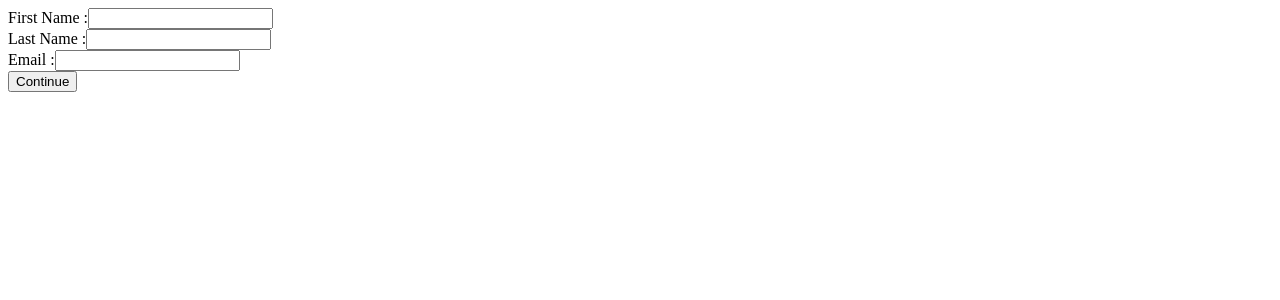
Repository: hemantsaini-7/React_Basics
Page: / (app in MultiStepForm/)
The author's editor kept a copy of each file at every save. The page is drawn from the files as they stood at one save, then again after a run of saves.
The browser window is 1280 px wide. The pictures show the whole page.
The project was rebuilt for these pictures with package versions that can differ from the ones it lists, and the page was loaded fresh each time. Also part of the build but not shown: MultiStepForm/src/components/Confirm.js, MultiStepForm/src/components/Submit.js.

Above is the page before, as saved 2020-11-05 14:35:23.

### MultiStepForm/public/index.html
<!DOCTYPE html>
<html lang="en">
  <head>
    <meta charset="utf-8" />
    <meta name="viewport" content="width=device-width, initial-scale=1" />
    <meta name="theme-color" content="#000000" />
    <meta
      name="description"
      content="Web site created using create-react-app"
    />

    <title>React App</title>
  </head>
  <body>
    <noscript>You need to enable JavaScript to run this app.</noscript>
    <div id="root"></div>

  </body>
</html>

### MultiStepForm/src/App.js
import React from 'react';
import UserForm from './components/UserForm';
import './App.css';

function App() {
  return(
     <UserForm/>
  )
}

export default App;

### MultiStepForm/src/components/UserForm.js
import React from 'react'
import Page1 from './Page1';
import Page2 from './Page2';
import Confirm from './Confirm';
import Submit from './Submit';


function UserForm() {

    const hello = (step) =>{
      step = step + 1;
      }
      return (
        <Page1  hello={hello}/>
      )
    // switch (step){
    //     case 1:
    //        return (<Page1 hello={hello}/>)
    //     case 2:
    //       return (<Page2/>)
    //     case 3:
    //       return (<Confirm/>)
    //     case 4:
    //       return (<Submit/>)

    //   }
}

export default UserForm

### MultiStepForm/src/components/Page1.js
import React from 'react'
import { useState } from 'react'

function Page1({hello}) {

   const [data,setData]= useState({
        step:1,
        fname: '',
        lname: '',
        email: '',
    });

    const {step,fname, lname, email} = data;

    const InputEvent = (e) => {
        setData({...data, [e.target.name]:e.target.value})
    }

    return (
        <div className="container">
            <div className="input-div">
                <label htmlFor="">First Name :</label>
                <input type="text" value={fname} onChange={InputEvent} name="fname"/>
            </div>
            <div className="input-div">
                <label htmlFor="">Last Name :</label>
                <input type="text" value={lname} onChange={InputEvent} name="lname"/>
            </div>
            <div className="input-div">
                <label htmlFor="">Email :</label>
                <input type="text" value={email} onChange={InputEvent} name="email"/>
            </div>
            <button onClick={()=>hello(step)}>Continue</button>
        </div>
    )
}

export default Page1

### MultiStepForm/src/components/Page2.js
import React from 'react'
import { useState } from 'react'

function Page1() {

   const [ndata,setnData]= useState({
        step:2,
        occupation: '',
        city: '',
        bio: '',
    });

    const {occupation, city, bio} = ndata;

    const nInputEvent = (e) => {
        setnData({...ndata, [e.target.name]:e.target.value})
    }

    return (
        <div className="container">
            <div className="input-div">
                <label htmlFor="">Occupation :</label>
                <input type="text" value={occupation} onChange={nInputEvent} name="occupation"/>
            </div>
            <div className="input-div">
                <label htmlFor="">City :</label>
                <input type="text" value={city} onChange={nInputEvent} name="city"/>
            </div>
            <div className="input-div">
                <label htmlFor="">Bio :</label>
                <input type="text" value={bio} onChange={nInputEvent} name="bio"/>
            </div>
            {console.log(ndata)}

        </div>
    )
}

export default Page1

Loaded but not shown: MultiStepForm/src/index.js (common file); MultiStepForm/src/App.css (no stored copy; drawn as an empty file)

After the next 2 saves:
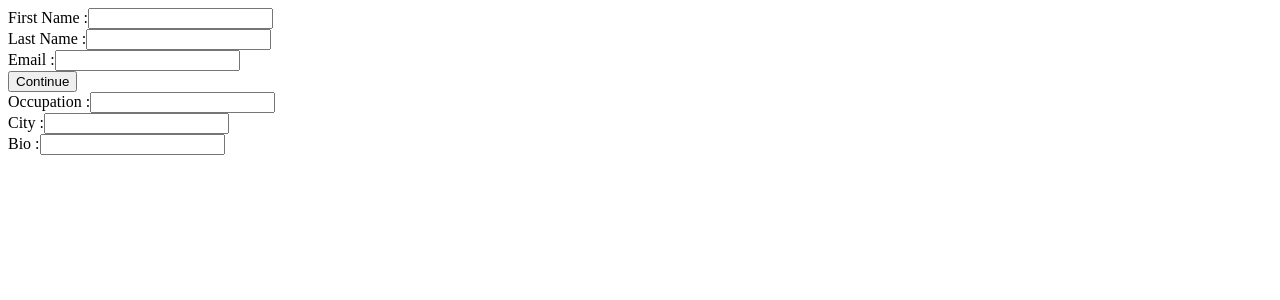
The 2 saves are shown as one change because 1 did not build or start.
The last was saved 42 min 7 s later.
--- a/MultiStepForm/src/components/UserForm.js
+++ b/MultiStepForm/src/components/UserForm.js
@@ -3,6 +3,7 @@ import Page1 from './Page1';
 import Page2 from './Page2';
 import Confirm from './Confirm';
 import Submit from './Submit';
+import { Fragment } from 'react';
 
 
 function UserForm() {
@@ -11,7 +12,10 @@ function UserForm() {
       step = step + 1;
       }
       return (
+        <Fragment>
         <Page1  hello={hello}/>
+        <Page2/>
+        </Fragment>
       )
     // switch (step){
     //     case 1:
